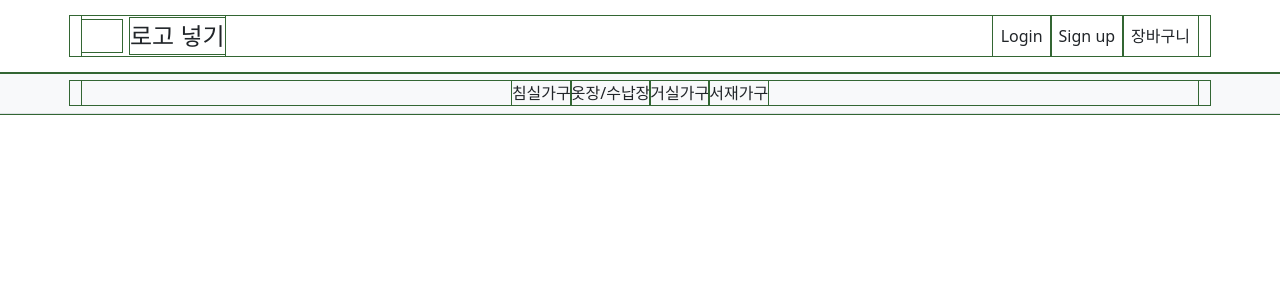
Repository: raoniee/Elice-House-Project
Page: FE/src/components/header/header.html
These files come from the project's save history. The page is drawn as it stood at one moment and after the next save; the edit follows.
The browser window is 1280 px wide. The pictures show the whole page.

Above is the page before, as saved 2023-07-04 16:28:59.

### FE/src/components/header/header.html
<!DOCTYPE html>
<html lang="ko">
  <head>
    <meta charset="UTF-8" />
    <meta http-equiv="X-UA-Compatible" content="IE=edge" />
    <meta name="viewport" content="width=device-width, initial-scale=1.0" />
    <title>Elice-House</title>
    <link
      href="https://cdn.jsdelivr.net/npm/bootstrap@5.2.3/dist/css/bootstrap.min.css"
      rel="stylesheet"
      integrity="sha384-rbsA2VBKQhggwzxH7pPCaAqO46MgnOM80zW1RWuH61DGLwZJEdK2Kadq2F9CUG65"
      crossorigin="anonymous"
    />
    <style>
      * {
        outline: 1px solid #363;
      }
    </style>
  </head>

  <body>
    <header class="py-3 border-bottom">
      <div class="container d-flex flex-wrap justify-content-center">
        <a
          href="/"
          class="d-flex align-items-center mb-3 mb-lg-0 me-lg-auto text-dark text-decoration-none"
        >
          <svg class="bi me-2" width="40" height="32">
            <use xlink:href="#bootstrap" />
          </svg>
          <span class="fs-4">로고 넣기</span>
        </a>
        <ul class="nav">
          <li class="nav-item">
            <a href="" class="nav-link link-dark px-2">Login</a>
          </li>
          <li class="nav-item">
            <a href="" class="nav-link link-dark px-2">Sign up</a>
          </li>
          <li class="nav-item">
            <a href="" class="nav-link link-dark px-2">장바구니</a>
          </li>
        </ul>
      </div>
    </header>
    <nav class="py-2 bg-light border-bottom">
      <div class="container">
        <ul class="nav justify-content-center nav-pills">
          <li class="nav-item">
            <div class="dropdown text-end">
              <a
                href="#"
                class="d-block link-dark text-decoration-none"
                data-bs-toggle="dropdown"
                aria-expanded="false"
                >침실가구
              </a>
              <ul class="dropdown-menu text-small">
                <li><a class="dropdown-item" href="#">침대</a></li>
                <li><a class="dropdown-item" href="#">매트리스/토퍼</a></li>
                <li><a class="dropdown-item" href="#">화장대/콘솔/거울</a></li>
                <li><a class="dropdown-item" href="#">서랍장/협탁</a></li>
              </ul>
            </div>
          </li>
          <li class="nav-item">
            <div class="dropdown text-end">
              <a
                href="#"
                class="d-block link-dark text-decoration-none"
                data-bs-toggle="dropdown"
                aria-expanded="false"
                >옷장/수납장
              </a>
              <ul class="dropdown-menu text-small">
                <li><a class="dropdown-item" href="#">침대</a></li>
                <li><a class="dropdown-item" href="#">매트리스/토퍼</a></li>
                <li><a class="dropdown-item" href="#">화장대/콘솔/거울</a></li>
                <li><a class="dropdown-item" href="#">서랍장/협탁</a></li>
              </ul>
            </div>
          </li>
          <li class="nav-item">
            <div class="dropdown text-end">
              <a
                href="#"
                class="d-block link-dark text-decoration-none"
                data-bs-toggle="dropdown"
                aria-expanded="false"
                >거실가구
              </a>
              <ul class="dropdown-menu text-small">
                <li><a class="dropdown-item" href="#">침대</a></li>
                <li><a class="dropdown-item" href="#">매트리스/토퍼</a></li>
                <li><a class="dropdown-item" href="#">화장대/콘솔/거울</a></li>
                <li><a class="dropdown-item" href="#">서랍장/협탁</a></li>
              </ul>
            </div>
          </li>
          <li class="nav-item">
            <div class="dropdown text-end">
              <a
                href="#"
                class="d-block link-dark text-decoration-none"
                data-bs-toggle="dropdown"
                aria-expanded="false"
                >서재가구
              </a>
              <ul class="dropdown-menu text-small">
                <li><a class="dropdown-item" href="#">침대</a></li>
                <li><a class="dropdown-item" href="#">매트리스/토퍼</a></li>
                <li><a class="dropdown-item" href="#">화장대/콘솔/거울</a></li>
                <li><a class="dropdown-item" href="#">서랍장/협탁</a></li>
              </ul>
            </div>
          </li>
        </ul>
      </div>
    </nav>
    <script
      src="https://cdn.jsdelivr.net/npm/bootstrap@5.2.3/dist/js/bootstrap.bundle.min.js"
      integrity="sha384-kenU1KFdBIe4zVF0s0G1M5b4hcpxyD9F7jL+jjXkk+Q2h455rYXK/7HAuoJl+0I4"
      crossorigin="anonymous"
    ></script>
  </body>
</html>

After the next save:
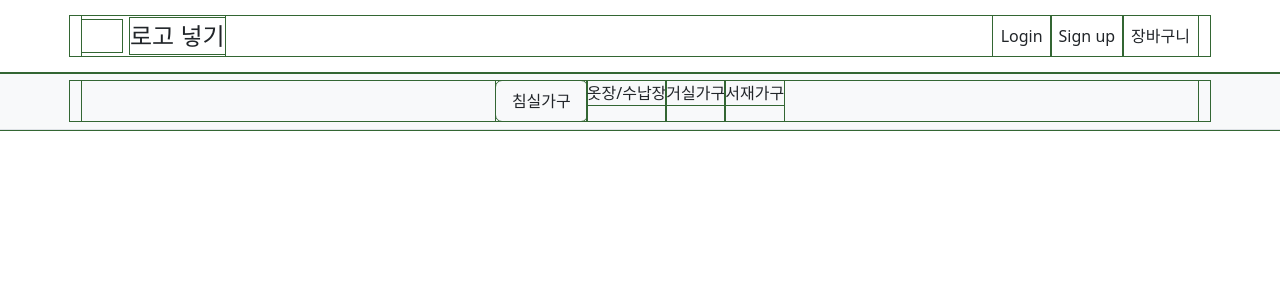
Saved 51 s later.
--- a/FE/src/components/header/header.html
+++ b/FE/src/components/header/header.html
@@ -50,7 +50,7 @@
             <div class="dropdown text-end">
               <a
                 href="#"
-                class="d-block link-dark text-decoration-none"
+                class="d-block link-dark text-decoration-none nav-link"
                 data-bs-toggle="dropdown"
                 aria-expanded="false"
                 >침실가구
